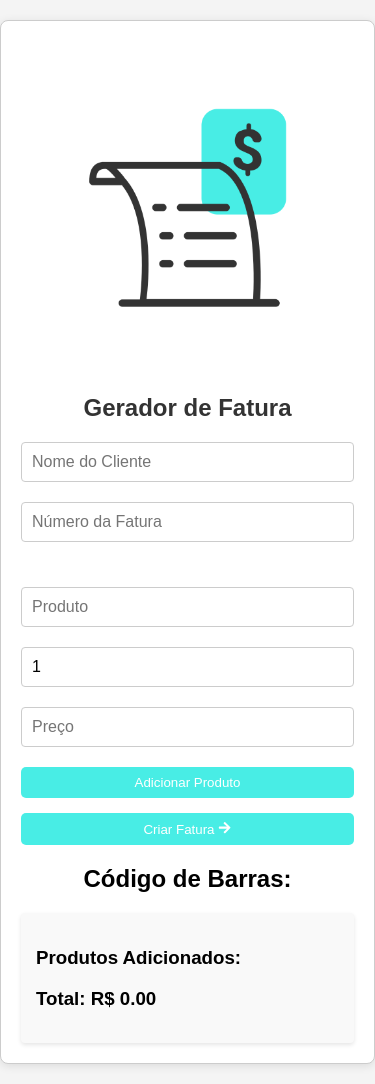
Repository: thmedu/Gerador-de-Faturas
Page: /
These files come from the project's save history. The page is drawn as it stood at one moment and after the next save; the edit follows.
The browser window is 375 px wide. The pictures show the whole page.
The project was rebuilt for these pictures with package versions that can differ from the ones it lists, and the page was loaded fresh each time. Also part of the build but not shown: vite.config.js, src/Componete/Template.jsx.

Above is the page before, as saved 2024-07-16 22:01:35.

After the next save:
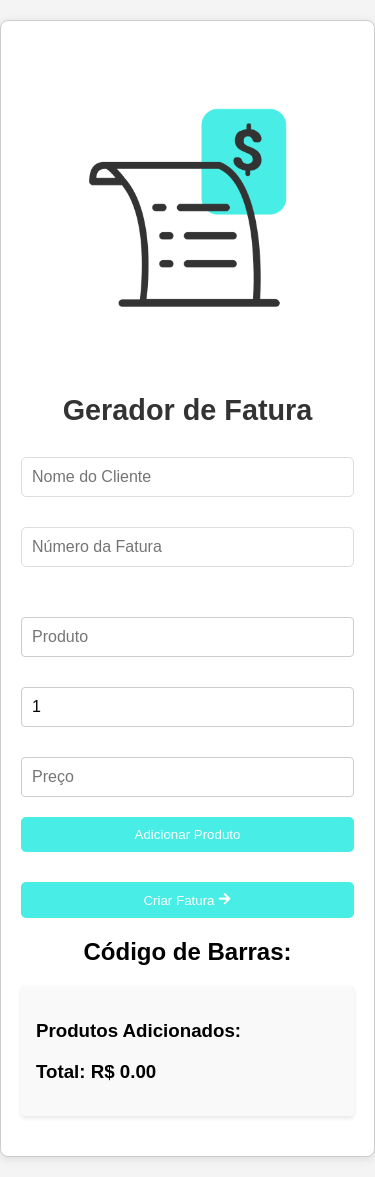
Saved 21 s later.
--- a/src/Componete/Template.css
+++ b/src/Componete/Template.css
@@ -1,5 +1,3 @@
-/* Template.css */
-
 .container {
   max-width: 800px;
   margin: 20px auto;
@@ -22,130 +20,75 @@
 .title {
   text-align: center;
   color: #333;
-  font-size: 1.8em; /* Responsive font size */
+  font-size: 1.8em;
 }
 
 .client-info {
   margin: 20px 0;
 }
 
-.payment-method {
+.product-form {
   margin: 15px 0;
 }
 
-.table {
+.input-field {
   width: 100%;
-  border-collapse: collapse;
+  padding: 10px;
+  margin: 5px 0;
+  border: 1px solid #ddd;
+  border-radius: 5px;
+}
+
+.submit-button {
+  background-color: #48ede5;
+  color: white;
+  border: none;
+  border-radius: 5px;
+  padding: 10px 15px;
+  cursor: pointer;
+  transition: background-color 0.3s;
+}
+
+.submit-button:hover {
+  background-color: #39b2c4;
+}
+
+.product-list {
   margin: 20px 0;
 }
 
-.table th,
-.table td {
-  border: 1px solid #ddd;
-  padding: 8px;
-  text-align: left;
+.product-list ul {
+  list-style: none;
+  padding: 0;
 }
 
-.table th {
-  background-color: #f2f2f2;
-}
-
-.text-right {
-  text-align: right;
-}
-
-.remove-button {
-  background-color: transparent;
-  border: none;
-  color: #e74c3c;
-  cursor: pointer;
-}
-
-.remove-button:hover {
-  text-decoration: underline;
-}
-
-.notes {
-  margin: 20px 0;
-  font-size: 0.9em; /* Smaller font for notes */
-}
-
-.button-group {
-  display: flex;
-  justify-content: space-between;
-  flex-wrap: wrap; /* Allow buttons to wrap on smaller screens */
-}
-
-.print-button,
-.add-button {
-  padding: 10px 15px;
-  border: none;
-  border-radius: 5px;
-  background-color: #48ede5;
-  color: white;
-  cursor: pointer;
-  transition: background-color 0.3s;
-  flex: 1; /* Allow buttons to grow */
-  max-width: 200px; /* Limit button width */
-  margin: 5px; /* Spacing between buttons */
-}
-
-.print-button:hover,
-.add-button:hover {
-  background-color: #39b2c4;
-}
-
-.dialog-title {
+.product-list li {
   display: flex;
   justify-content: space-between;
   align-items: center;
 }
 
-.forms {
-  display: flex;
-  flex-direction: column;
+.pdf-container {
+  padding: 20px;
 }
 
-.forms input {
-  margin: 10px 0;
-  padding: 10px;
-  border: 1px solid #ddd;
+.back-button {
+  background-color: #f39c12;
+  color: white;
+  border: none;
   border-radius: 5px;
-  width: 100%; /* Full width for inputs */
-  box-sizing: border-box; /* Include padding and border in width */
+  padding: 10px 15px;
+  cursor: pointer;
+  margin-top: 20px;
 }
 
-.icon-cross {
-  cursor: pointer;
-  color: #e74c3c;
-}
-
-.icon-cross:hover {
-  opacity: 0.8;
-}
-
-.success-message {
-  color: #28a745;
-  margin: 10px 0;
-  text-align: center;
+.back-button:hover {
+  background-color: #e67e22;
 }
 
 /* Media Queries */
 @media (max-width: 600px) {
-  .forms {
-    align-items: center; /* Center align forms on small screens */
-  }
-
-  .button-group {
-    flex-direction: column; /* Stack buttons vertically */
-  }
-
-  .print-button,
-  .add-button {
-    max-width: 100%; /* Full width for buttons on small screens */
-  }
-
-  .title {
-    font-size: 1.5em; /* Responsive title size */
+  .input-field {
+    margin: 10px 0;
   }
 }

After the save that followed:
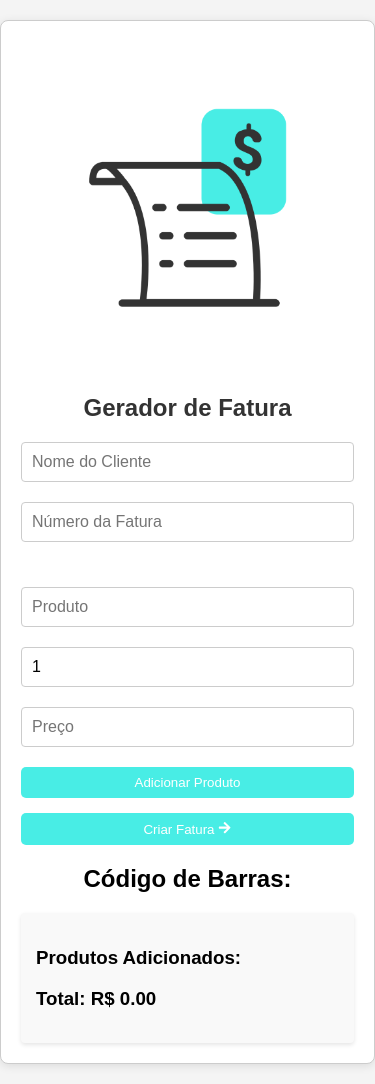
Saved 57 s later.
--- a/src/Componete/Template.css
+++ b/src/Componete/Template.css
@@ -1,3 +1,5 @@
+/* Template.css */
+
 .container {
   max-width: 800px;
   margin: 20px auto;
@@ -20,75 +22,130 @@
 .title {
   text-align: center;
   color: #333;
-  font-size: 1.8em;
+  font-size: 1.8em; /* Responsive font size */
 }
 
 .client-info {
   margin: 20px 0;
 }
 
-.product-form {
+.payment-method {
   margin: 15px 0;
 }
 
-.input-field {
+.table {
   width: 100%;
-  padding: 10px;
-  margin: 5px 0;
-  border: 1px solid #ddd;
-  border-radius: 5px;
+  border-collapse: collapse;
+  margin: 20px 0;
 }
 
-.submit-button {
+.table th,
+.table td {
+  border: 1px solid #ddd;
+  padding: 8px;
+  text-align: left;
+}
+
+.table th {
+  background-color: #f2f2f2;
+}
+
+.text-right {
+  text-align: right;
+}
+
+.remove-button {
+  background-color: transparent;
+  border: none;
+  color: #e74c3c;
+  cursor: pointer;
+}
+
+.remove-button:hover {
+  text-decoration: underline;
+}
+
+.notes {
+  margin: 20px 0;
+  font-size: 0.9em; /* Smaller font for notes */
+}
+
+.button-group {
+  display: flex;
+  justify-content: space-between;
+  flex-wrap: wrap; /* Allow buttons to wrap on smaller screens */
+}
+
+.print-button,
+.add-button {
+  padding: 10px 15px;
+  border: none;
+  border-radius: 5px;
   background-color: #48ede5;
   color: white;
-  border: none;
-  border-radius: 5px;
-  padding: 10px 15px;
   cursor: pointer;
   transition: background-color 0.3s;
+  flex: 1; /* Allow buttons to grow */
+  max-width: 200px; /* Limit button width */
+  margin: 5px; /* Spacing between buttons */
 }
 
-.submit-button:hover {
+.print-button:hover,
+.add-button:hover {
   background-color: #39b2c4;
 }
 
-.product-list {
-  margin: 20px 0;
-}
-
-.product-list ul {
-  list-style: none;
-  padding: 0;
-}
-
-.product-list li {
+.dialog-title {
   display: flex;
   justify-content: space-between;
   align-items: center;
 }
 
-.pdf-container {
-  padding: 20px;
+.forms {
+  display: flex;
+  flex-direction: column;
 }
 
-.back-button {
-  background-color: #f39c12;
-  color: white;
-  border: none;
+.forms input {
+  margin: 10px 0;
+  padding: 10px;
+  border: 1px solid #ddd;
   border-radius: 5px;
-  padding: 10px 15px;
-  cursor: pointer;
-  margin-top: 20px;
+  width: 100%; /* Full width for inputs */
+  box-sizing: border-box; /* Include padding and border in width */
 }
 
-.back-button:hover {
-  background-color: #e67e22;
+.icon-cross {
+  cursor: pointer;
+  color: #e74c3c;
+}
+
+.icon-cross:hover {
+  opacity: 0.8;
+}
+
+.success-message {
+  color: #28a745;
+  margin: 10px 0;
+  text-align: center;
 }
 
 /* Media Queries */
 @media (max-width: 600px) {
-  .input-field {
-    margin: 10px 0;
+  .forms {
+    align-items: center; /* Center align forms on small screens */
+  }
+
+  .button-group {
+    flex-direction: column; /* Stack buttons vertically */
+  }
+
+  .print-button,
+  .add-button {
+    max-width: 100%; /* Full width for buttons on small screens */
+  }
+
+  .title {
+    font-size: 1.5em; /* Responsive title size */
   }
 }
